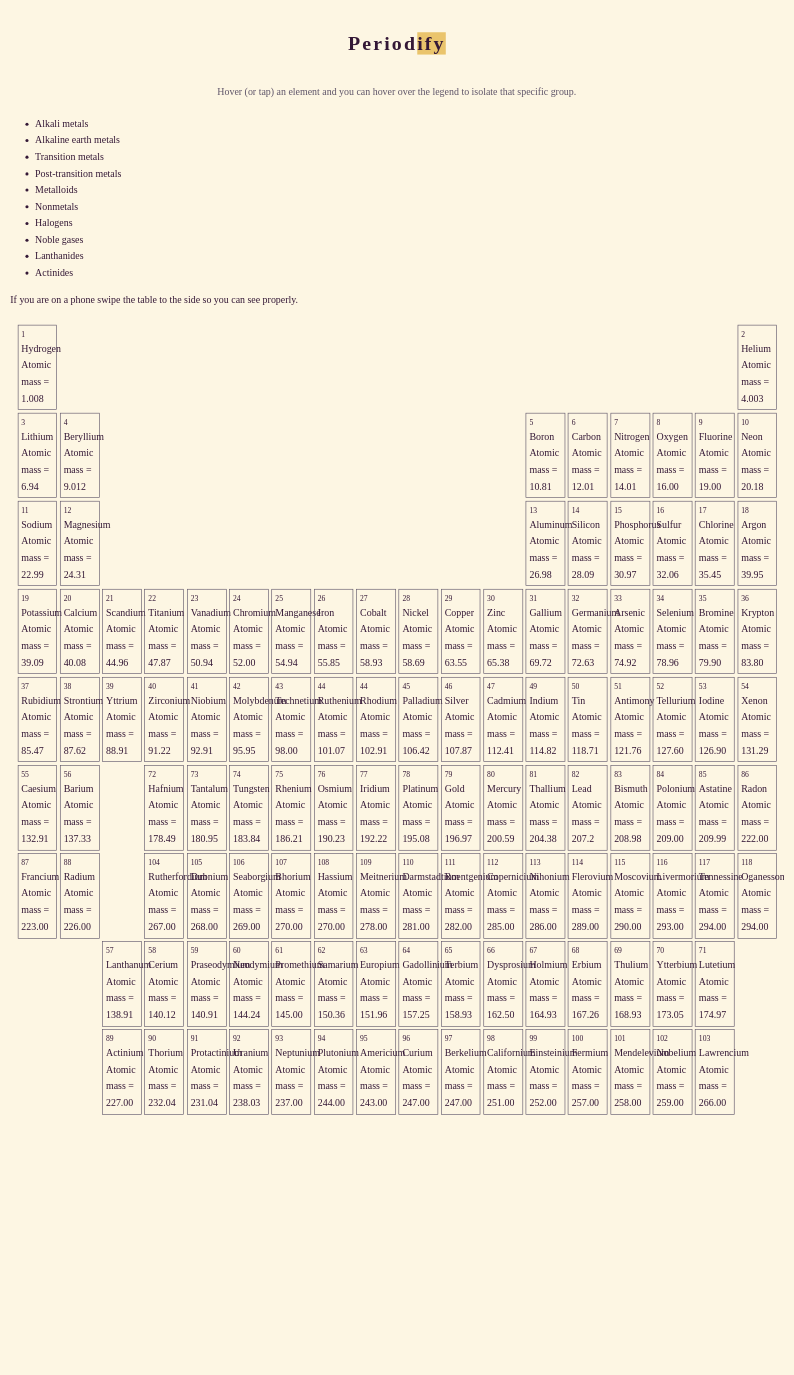
Repository: manayparikh1/Periodify
Page: index.html
An editor plug-in stored every save of this project. The page is shown before and after the next save, followed by the edit.
The browser window is 1280 px wide. The pictures show the whole page, at 62% of full size.

Above is the page before, as saved 2026-10-19 15:01:14.

After the next save:
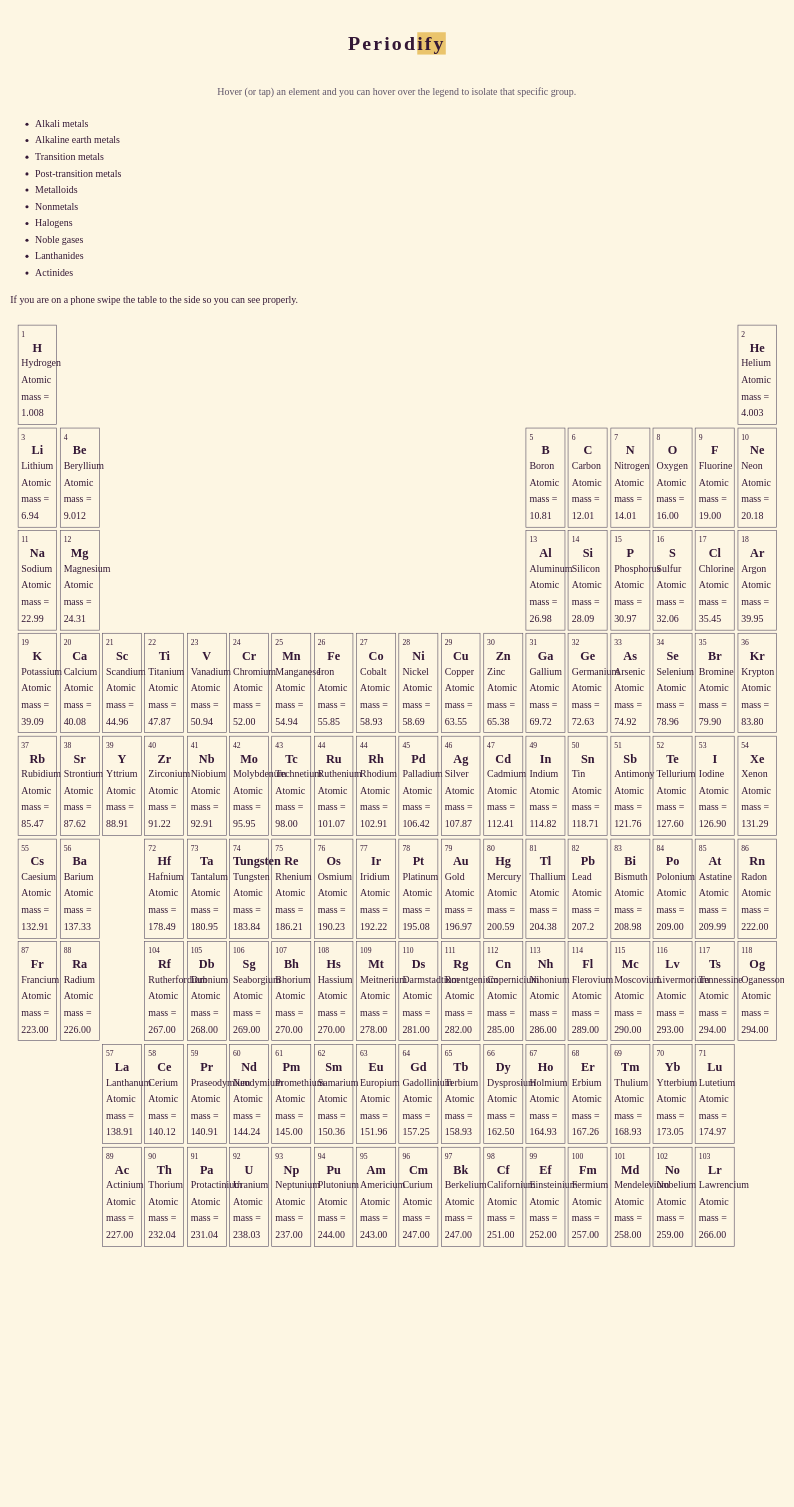
Saved 30 min 54 s later.
--- a/index.html
+++ b/index.html
@@ -271,10 +271,21 @@
             text-align: center;
             line-height: 1.20;
 
+
             /* thing willl basically stay hidden unless u hover or tap a title*/
 
-            .el span {}
-
-            display:none;
-
-        }
+            .el span {
+
+                display: none;
+                position: absolute;
+                top: 110%;
+                left: 55%;
+                transform: translateX(-45%);
+                width: 148px;
+                padding: 8.5px 10.5px;
+                background: #caf4cb;
+                border: 1.65px solid var(--main);
+                font-size: 0.74rem;
+                text-align: center;
+                z-index: 10;
+            }
